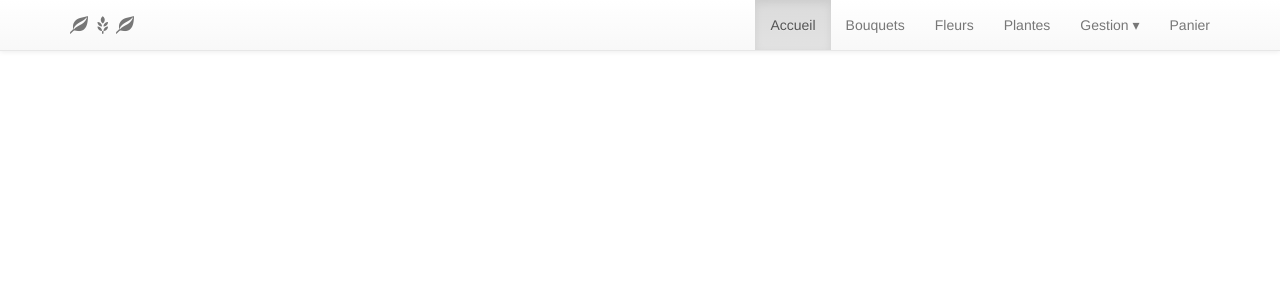
Repository: JeremT8/JavaFleuristeProject
Page: tp-fleuriste/src/main/webapp/bouquets.html
The author's editor kept a copy of each file at every save. The page is drawn from the files as they stood at one save, then again after the next save.
The browser window is 1280 px wide. The pictures show the whole page.
Some web libraries are served in a nearby version.

Above is the page before, as saved 2022-05-17 07:26:20.

### tp-fleuriste/src/main/webapp/bouquets.html
<!DOCTYPE html>
<html>
<head>
<meta charset="UTF-8">
<title>Flow Hearts</title>
<link rel="stylesheet"
	href="https://maxcdn.bootstrapcdn.com/bootstrap/3.3.7/css/bootstrap.min.css">
<link rel="stylesheet"
	href="https://maxcdn.bootstrapcdn.com/bootstrap/3.3.7/css/bootstrap-theme.min.css">
<script
	src="https://ajax.googleapis.com/ajax/libs/jquery/3.1.1/jquery.min.js"></script>
<script
	src="https://maxcdn.bootstrapcdn.com/bootstrap/3.3.7/js/bootstrap.min.js"></script>
<link rel="apple-touch-icon" sizes="76x76" href="/apple-touch-icon.png">
<link rel="icon" type="image/png" sizes="32x32"
	href="/favicon-32x32.png">
<link rel="icon" type="image/png" sizes="16x16"
	href="/favicon-16x16.png">
<link rel="manifest" href="/site.webmanifest">
<link rel="mask-icon" href="/safari-pinned-tab.svg" color="#5bbad5">
<meta name="msapplication-TileColor" content="#da532c">
<meta name="theme-color" content="#ffffff">
<link rel="stylesheet" href="css/commun.css">
</head>
<body>
	<nav class="navbar navbar-default navbar-fixed-top">
		<div class="container">
			<div class="navbar-header">
				<a href="index.html" class="navbar-brand active"> <span
					class="glyphicon glyphicon-leaf rotate-leaf"></span> <span
					class="glyphicon glyphicon-grain"></span> <span
					class="glyphicon glyphicon-leaf"></span>
				</a>
				<button class="navbar-toggle" type="button" data-toggle="collapse"
					data-target="#navbar-main">
					<span class="icon-bar"></span> <span class="icon-bar"></span> <span
						class="icon-bar"></span>
				</button>
			</div>
			<div class="navbar-collapse collapse" id="navbar-main">
				<ul class="nav navbar-nav navbar-right">
					<li class="active"><a href="index.html">Accueil</a></li>
					<li><a href="bouquets.html">Bouquets</a></li>
					<li><a href="fleurs.html">Fleurs</a></li>
					<li><a href="plantes.html">Plantes</a></li>
					<li class="nav-item dropdown"><a
						class="nav-link dropdown-toggle" href="#" id="navbarDropdown"
						role="button" data-toggle="dropdown" aria-haspopup="true"
						aria-expanded="false"> Gestion ▾ </a>
						<div class="dropdown-menu" aria-labelledby="navbarDropdown">
							<a class="dropdown-item" href="#">Plantes</a>
							<div class="dropdown-divider"></div>
							<a class="dropdown-item" href="#">Fleurs</a>
							<div class="dropdown-divider"></div>
							<a class="dropdown-item" href="#">Bouquets</a>
							<div class="dropdown-divider"></div>
							<a class="dropdown-item" href="#">Saisons</a>
							<div class="dropdown-divider"></div>
							<a class="dropdown-item" href="#">Styles</a>
						</div></li>
					<li><a href="styles.html">Panier</a></li>
				</ul>
			</div>
		</div>
	</nav>
<body>

</body>
</html>

### tp-fleuriste/src/main/webapp/css/commun.css
body {
	padding-top: 70px;
	padding-bottom: 70px;

}

.navbar-foot {
	width: 100%;
}

.rouge {
	color: red;
}

.vert {
	color: green;
}

.bleu, .glyphicon-shopping-cart {
	color: #337ab7;
}
.gros{
	font-size: 1.0em;
	padding-left: 15px;
	padding-right: 15px;
}
.glyphicon-menu-up, .glyphicon-menu-down{
	font-size: 0.7em;
}
.supp, .modif, .tri{
/* 	cursor:crosshair;	 */
	cursor:pointer;
}

textarea.noresize{
	resize: none;
}

#map{
	width : 100%;
	height : 400px;
	border : 1px solid #337ab7;
}

.icon-flipped {
transform: scaleX(-1);
-moz-transform: scaleX(-1);
-webkit-transform: scaleX(-1);
-ms-transform: scaleX(-1);
}


.bottle{
	display: inline-block !important;
}

a.dropdown-item {
	color: black;
	text-decoration: none;
}

After the next save:
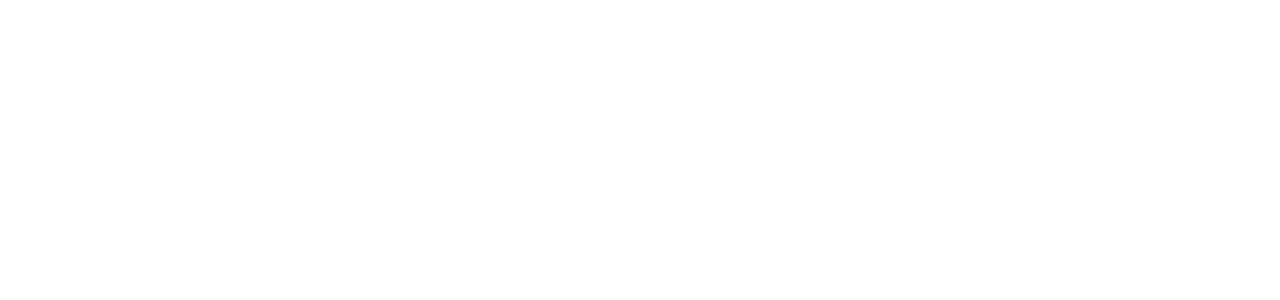
Saved 3 min 52 s later.
--- a/tp-fleuriste/src/main/webapp/bouquets.html
+++ b/tp-fleuriste/src/main/webapp/bouquets.html
@@ -23,46 +23,6 @@
 <link rel="stylesheet" href="css/commun.css">
 </head>
 <body>
-	<nav class="navbar navbar-default navbar-fixed-top">
-		<div class="container">
-			<div class="navbar-header">
-				<a href="index.html" class="navbar-brand active"> <span
-					class="glyphicon glyphicon-leaf rotate-leaf"></span> <span
-					class="glyphicon glyphicon-grain"></span> <span
-					class="glyphicon glyphicon-leaf"></span>
-				</a>
-				<button class="navbar-toggle" type="button" data-toggle="collapse"
-					data-target="#navbar-main">
-					<span class="icon-bar"></span> <span class="icon-bar"></span> <span
-						class="icon-bar"></span>
-				</button>
-			</div>
-			<div class="navbar-collapse collapse" id="navbar-main">
-				<ul class="nav navbar-nav navbar-right">
-					<li class="active"><a href="index.html">Accueil</a></li>
-					<li><a href="bouquets.html">Bouquets</a></li>
-					<li><a href="fleurs.html">Fleurs</a></li>
-					<li><a href="plantes.html">Plantes</a></li>
-					<li class="nav-item dropdown"><a
-						class="nav-link dropdown-toggle" href="#" id="navbarDropdown"
-						role="button" data-toggle="dropdown" aria-haspopup="true"
-						aria-expanded="false"> Gestion ▾ </a>
-						<div class="dropdown-menu" aria-labelledby="navbarDropdown">
-							<a class="dropdown-item" href="#">Plantes</a>
-							<div class="dropdown-divider"></div>
-							<a class="dropdown-item" href="#">Fleurs</a>
-							<div class="dropdown-divider"></div>
-							<a class="dropdown-item" href="#">Bouquets</a>
-							<div class="dropdown-divider"></div>
-							<a class="dropdown-item" href="#">Saisons</a>
-							<div class="dropdown-divider"></div>
-							<a class="dropdown-item" href="#">Styles</a>
-						</div></li>
-					<li><a href="styles.html">Panier</a></li>
-				</ul>
-			</div>
-		</div>
-	</nav>
 <body>
 
 </body>

After the save that followed:
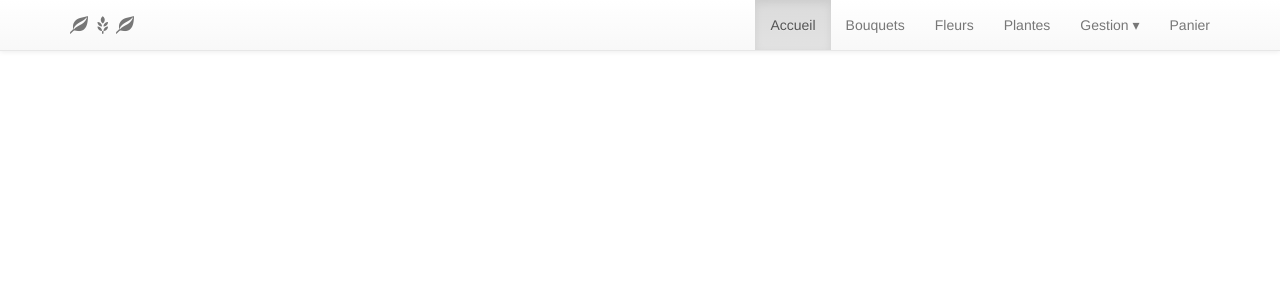
Saved 13 s later.
--- a/tp-fleuriste/src/main/webapp/bouquets.html
+++ b/tp-fleuriste/src/main/webapp/bouquets.html
@@ -23,6 +23,47 @@
 <link rel="stylesheet" href="css/commun.css">
 </head>
 <body>
+<nav class="navbar navbar-default navbar-fixed-top">
+		<div class="container">
+			<div class="navbar-header">
+				<a href="index.html" class="navbar-brand active"> <span
+					class="glyphicon glyphicon-leaf rotate-leaf"></span> <span
+					class="glyphicon glyphicon-grain"></span> <span
+					class="glyphicon glyphicon-leaf"></span>
+				</a>
+				<button class="navbar-toggle" type="button" data-toggle="collapse"
+					data-target="#navbar-main">
+					<span class="icon-bar"></span> <span class="icon-bar"></span> <span
+						class="icon-bar"></span>
+				</button>
+			</div>
+			<div class="navbar-collapse collapse" id="navbar-main">
+				<ul class="nav navbar-nav navbar-right">
+					<li class="active"><a href="index.html">Accueil</a></li>
+					<li><a href="bouquets.html">Bouquets</a></li>
+					<li><a href="fleurs.html">Fleurs</a></li>
+					<li><a href="plantes.html">Plantes</a></li>
+					<li class="nav-item dropdown"><a
+						class="nav-link dropdown-toggle" href="#" id="navbarDropdown"
+						role="button" data-toggle="dropdown" aria-haspopup="true"
+						aria-expanded="false"> Gestion ▾ </a>
+						<div class="dropdown-menu" aria-labelledby="navbarDropdown">
+							<a class="dropdown-item" href="plantes.html">Plantes</a>
+							<div class="dropdown-divider"></div>
+							<a class="dropdown-item" href="fleurs.html">Fleurs</a>
+							<div class="dropdown-divider"></div>
+							<a class="dropdown-item" href="bouquets.html">Bouquets</a>
+							<div class="dropdown-divider"></div>
+							<a class="dropdown-item" href="saisons.html">Saisons</a>
+							<div class="dropdown-divider"></div>
+							<a class="dropdown-item" href="styles.html">Styles</a>
+						</div></li>
+					<li><a  href="panier.html"> Panier</a></li>
+				</ul>
+			</div>
+		</div>
+	</nav>
+
 <body>
 
 </body>
